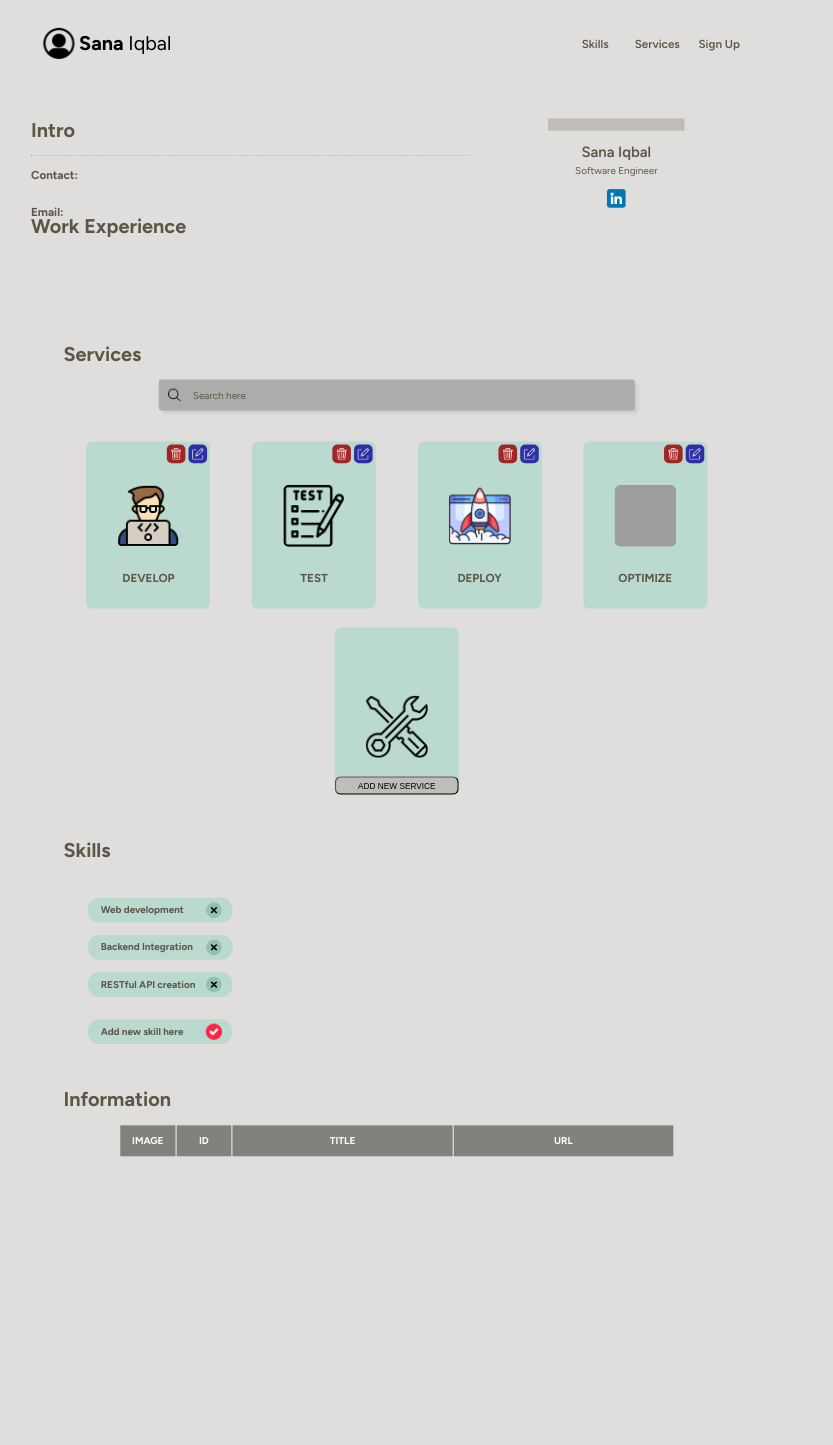
Repository: SanaIqbalDev/Portfolio
Page: portfolio.html
An editor plug-in stored every save of this project. The page is shown before and after the next save, followed by the edit.
The browser window is 1280 px wide. The page is 1344 px wide, so the pictures cover 1344 px, including what lies to the right of the window. The pictures show the whole page, at 62% of full size.
Pictures or frames that could not be fetched are drawn as grey boxes. The page's requests for data from a server got no answer.

Above is the page before, as saved 2023-08-24 10:25:02.

### portfolio.html
<!DOCTYPE html>
<html lang="en">

<head>
  <meta charset="utf-8" />
  <meta name="viewport" content="width=device-width, initial-scale=1.0" />
  <title>Sana Iqbal</title>
  <link rel="preconnect" href="https://fonts.googleapis.com">
  <link rel="preconnect" href="https://fonts.gstatic.com" crossorigin>
  <link href="https://fonts.googleapis.com/css2?family=Figtree:wght@400;600;700&display=swap" rel="stylesheet">
  <link rel="stylesheet" href="styles.css" />
  <script src="js/portfolio-main.js"></script>
  <script src="js/portfolio-skills.js"></script>
  <script src="js/portfolio-form-submission.js"></script>
  <script src="js/portfolio.external-data.js"></script>
</head>

<body>
  <header>

    <div class="header-div">
      <img width="50px" height="50px" src="res/ic_login.png">
      <h1 style="font-weight: 800;">&nbspSana&nbsp</h1>
      <h1 style="font-weight: 300;">Iqbal</h1>
    </div>

    <div class="header-option-section">

      <h3 id="skillset" class="header-options">Skills</h3>
      <h3 id="services" class="header-options">Services</h3>
      <h3 id="signup" class="header-options">Sign Up</h3>
    </div>
  </header>

  <main>
    <div class="main-content">
      <div class="top-row"  style="width: 100%; display: grid;grid-template-columns: 60% 20%;grid-gap:10%;margin-bottom: -50px;">
        <div class="intro-div">
          <h1 style="margin-top: 0;">Intro</h1>
          <p id="intro-data">

          </p>

          <hr style="margin: 0;">

          <h3 class="inline-div" style=" display: inline-block;">
            Contact:</h3>
          <p id="contact-data" style=" display: inline-block;"></p>
          <br />
          <h3 class="inline-div" style="display: inline-block;">
            Email:</h3>
          <p  id="email-data" style=" display: inline-block;"></p>
        </div>
        <div id="picture">
          <img id="person" width="200px" height="auto"
            />
          <h2  id="name-data" >Sana Iqbal</h2>
          <h4 id="heading">Software Engineer</h3>
            <a id="linkedin-data" target="_blank"><img id="img-linkedin"
                src="res/linkedin.png" width="30px" height="30px"></a>
        </div>
      </div>
      <div id="details">

        <div>
          <h1 style="margin-bottom: 50px;">
            Work Experience</h1>
            <div id="workexp"></div>
          <!-- <h4>
            1. Apni Dukan (Ordering Application)</h4>
          <ul>
            <li>
              Developed and launched a feature-rich E-Commerce based grocery
              application for the company 24 SEVEN, catering to shopkeepers who
              want to order wholesale products in bulk for their shop.
              <pre></pre>
            </li>
            <li>
              Implemented key functionalities including Sign In, Sign Up,
              Catalog management with browsing option, Shopping cart management,
              Order checkout, Order detail, Voice Search feature, along with
              Customer status level management.
              <pre></pre>
            </li>
            <li>
              Utilized Java and Kotlin languages and Android SDK and associated
              libraries for developing robust and scalable Android application.
              <pre></pre>
            </li>
            <li>
              Employed MVVM architecture pattern to enhance code maintainability
              and separation of concerns, and ensured a seamless user experience
              with ongoing testing and debugging process.
            </li>
          </ul>
          <h4 style="margin-top: 30px;">
            2. APNI DUKAN (POS Application)</h4>
          <ul>
            <li>
              Developed application specifically for Point Of Sale devices for
              the company 24 SEVEN, to facilitate shopkeepers in the process of
              automating their daily sales and keeping track of all the orders
              and the customers.
              <pre></pre>
            </li>
            <li>
              Application is well structured to enable easy and quick order
              placement and catalog access from pos device.
              <pre></pre>
            </li>
            <li>
              Application also provide feature to show orders placed to a
              particular store from other sources along with entire order
              management process in the application
              <pre></pre>
            </li>
            <li>
              Java and Kotlin languages are used along with Android SDK and
              other libraries provided by android platform for developing a
              robust application.
            </li>
          </ul> -->
        </div>
      </div>

    </div>
    <div class="services-div">
      <h1>Services</h1>
      <div class="seach-view" id="search-view"
        style="display: flex; justify-content: flex-start;align-items: center; box-sizing: border-box;border-radius: 5px; padding: 5px; width: 60%;background-color: #adacac; box-sizing: border-box; box-shadow: 5px 5px 5px rgb(205, 205, 207); ">
        <img id="search-image" src="res/ic_search.png" style="padding: 10px; cursor: pointer;" width="20px"
          height="20px">
        <label id="search-label" style="margin-left: 10px; width: 100%;">Search here</label>
        <input id="search-input"
          style="display: none; width: 100%; font: 1em sans-serif; border: none; outline: none; background-color: transparent;"
          type="text">
      </div>
      <!-- <div id="search-dropdown" > -->

    </div>
    <div id="products-container" class="slider">
      <div id="1slider" class="slider-bg">
        <div class="item-options">
          <button class="remove-btn"><img src="res/ic_delete.png" width="18px" height="18px"></button>
          <button class="edit-btn"><img src="res/ic_edit.png" width="18px" height="18px"></button>
        </div>
        <div id="develop" class="slider-item">
          <img src="res/ic_develop.png">
          <h3 class="item-title">DEVELOP</h3>
        </div>
      </div>

      <div id="2slider" class="slider-bg">
        <div class="item-options">
          <button class="remove-btn"><img src="res/ic_delete.png" width="18px" height="18px"></button>
          <button class="edit-btn"><img src="res/ic_edit.png" width="18px" height="18px"></button>
        </div>
        <div id="test" class="slider-item">
          <img src="res/ic_test.png">
          <h3 class="item-title">TEST</h3>
        </div>
      </div>

      <div id="3slider" class="slider-bg">
        <div class="item-options">
          <button class="remove-btn"><img src="res/ic_delete.png" width="18px" height="18px"></button>
          <button class="edit-btn"><img src="res/ic_edit.png" width="18px" height="18px"></button>
        </div>
        <div id="deploy" class="slider-item">
          <img src="res/ic_deploy.png">
          <h3 class="item-title">DEPLOY</h3>
        </div>
      </div>

      <div id="4slider" class="slider-bg">
        <div class="item-options">
          <button class="remove-btn"><img src="res/ic_delete.png" width="18px" height="18px"></button>
          <button class="edit-btn"><img src="res/ic_edit.png" width="18px" height="18px"></button>
        </div>
        <div id="optimize" class="slider-item">
          <img src="res/ic_optimize.png">
          <h3 class="item-title">OPTIMIZE</h3>

        </div>
      </div>

      <div id="add-item-div" class="slider-bg">
        <div class="slider-item">
          <img src="res/ic_addItem.png">
        </div>
        <button id="add-item" class="add-new-item">ADD NEW SERVICE</button>

      </div>
    </div>
    </div>


    <div id="skills-div" class="skills-div">
      <h1>Skills</h1>
      <div style="width: 84%; display: block;">
        <div id="skill-items" class="skill-items">
          <ul id="skill-list">
          </ul>
          <div class="add-skill-item">
            <label id="add-skill-label" class="title-skill">Add new skill here</label>
            <input id="add-skill-input" class="add-skill" type="text" placeholder="Add Skill" value=""
              style="display: none; font: 1em sans-serif; border: none; outline: none; background-color: #badacf;">

            <button id="add-skill-btn"><img src="res/ic_add.png" width="30px" height="30px"
                style="transition: filter 0.3s ease;box-sizing: border-box; padding: 2px;"></button>

          </div>
        </div>
      </div>

    </div>

    <div class="external-data-div">
      <h1>Information</h1>
      <table class="info-table" style="width: 70%;">
        <tr style="height: 50px; width: 100%;">
          <th class="image-id-cell" style=" background-color: #83817e; color: white;">IMAGE</th>
          <th class="image-id-cell" style=" background-color: #83817e;  color: white;">ID</th>
          <th style=" background-color: #83817e; color: white; width: 40%;">TITLE</th>
          <th style="width: 40%;background-color: #83817e; color: white;">URL</th>
        </tr>
      </table>
      <div class="table-container">
        <table id="info-table" class="info-table">
        </table>
      </div>

    </div>

    <div id="signupModal" class="signup-modal">
      <div class="modal-content">
        <h2>Fill your information</h2>

        <form id="submit-form" action="">
          <section>
            <input id="name" class="input-field" type="text" placeholder="Name" value="">
            <input id="email" class="input-field" placeholder="Email" value="">
            <input id="password" class="input-field" type="password" placeholder="Password (atleast 6 characters)"
              value="">
          </section>

          <div
            style="display: flex; justify-content: center;max-height: 50px;height: 50px; margin-top: 50px; margin-left: auto; margin-right: auto;">
            <button id="submit" type="submit">SUBMIT</button>
            <div id="loading" class="spinner"></div>
          </div>
        </form>
      </div>
    </div>
    <div id="productDesc" class="product-modal">
      <div id="product-content" class="product-content">
        <img id="product-img" src="res/ic_develop.png" width="100px" height="100px">
        <h2 id="product-title" style="margin-top: 30px;">TITLE</h2>
        <p id="product-description" style="margin-top: 30px;">We are a dedicated and proficient website development
          service provider, committed to crafting impactful
          online solutions for businesses across diverse industries.
          With a team of skilled developers, designers, and digital strategists, we offer comprehensive website
          development services that transcend mere online presence.<br /><br />

          Our approach begins by understanding your unique business objectives and target audience. Leveraging
          cutting-edge technologies and industry best practices, we meticulously
          design and develop websites that are not only visually stunning but also functionally robust. <br /><br />

          From responsive designs that adapt seamlessly to different devices to user-friendly
          interfaces that enhance engagement, we ensure every element contributes to an exceptional user experience.
          <br />
        </p>
      </div>
    </div>

    <!-- Edit Form Modal -->
    <div id="editModal" class="edit-modal">
      <div class="edit-content">
        <form id="service-info-form" action="">
          <section class="input-section">
            <img id="imagePreview" src="" alt="Selected Image" style="width: 110px; height: 110px;">
            <input id="edit-img" class="input-field" type="file" value="">
            <input id="edit-title" class="input-field" class="input-field" type="text" placeholder="Add service title"
              value="">
            <textarea id="edit-description" class="input-field"
              style=" width: 90%; min-height: 120px;height: auto;overflow: auto;white-space: wrap;font-family: 'Figtree', sans-serif;">This is a long piece of text that will wrap inside the textarea element.</textarea>
            <button id="submit-edit-info" type="submit">SUBMIT</button>
          </section>
        </form>
      </div>
    </div>

    <div id="edit-modal-alert">
      <div id="successModal" class="alert-modal">
        <img id="alert-icon" src="res/ic_success.png" width="50px" height="50px">
        <h2 id="alert-message">Data has been sent successfully</h2>
      </div>
    </div>
  </main>

</body>

</html>

Loaded but not shown: js/portfolio-main.js (629 lines, source omitted); js/portfolio-form-submission.js (112 lines, source omitted); js/portfolio-skills.js (122 lines, source omitted); js/portfolio.external-data.js (53 lines, source omitted); styles.css (811 lines, source omitted)

After the next save:
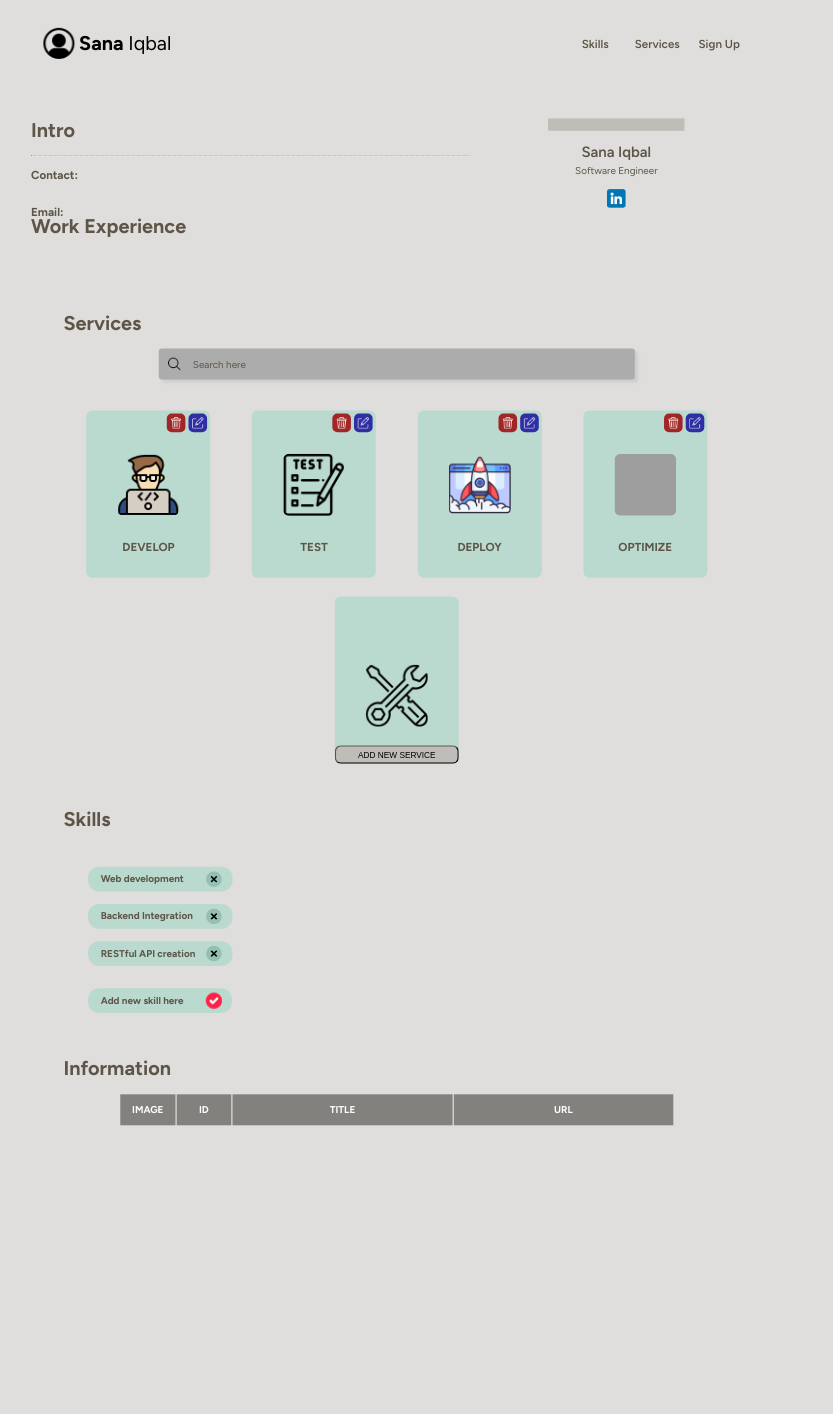
Saved 7 min 32 s later.
--- a/portfolio.html
+++ b/portfolio.html
@@ -63,7 +63,7 @@
       <div id="details">
 
         <div>
-          <h1 style="margin-bottom: 50px;">
+          <h1 style="margin-bottom: 0px;">
             Work Experience</h1>
             <div id="workexp"></div>
           <!-- <h4>

After the save that followed:
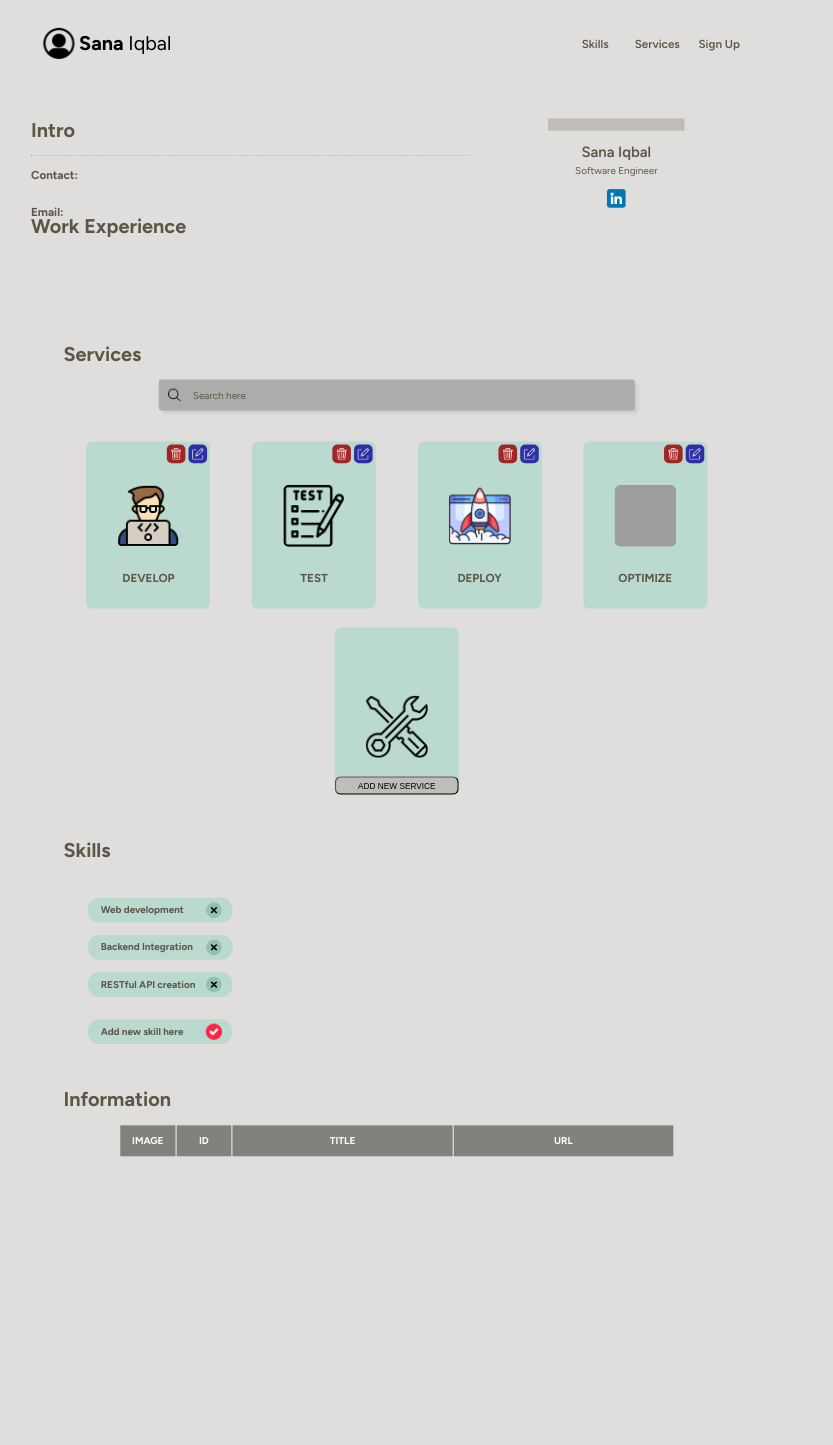
Saved 7 s later.
--- a/portfolio.html
+++ b/portfolio.html
@@ -63,7 +63,7 @@
       <div id="details">
 
         <div>
-          <h1 style="margin-bottom: 0px;">
+          <h1 style="margin-bottom: 50px;">
             Work Experience</h1>
             <div id="workexp"></div>
           <!-- <h4>
